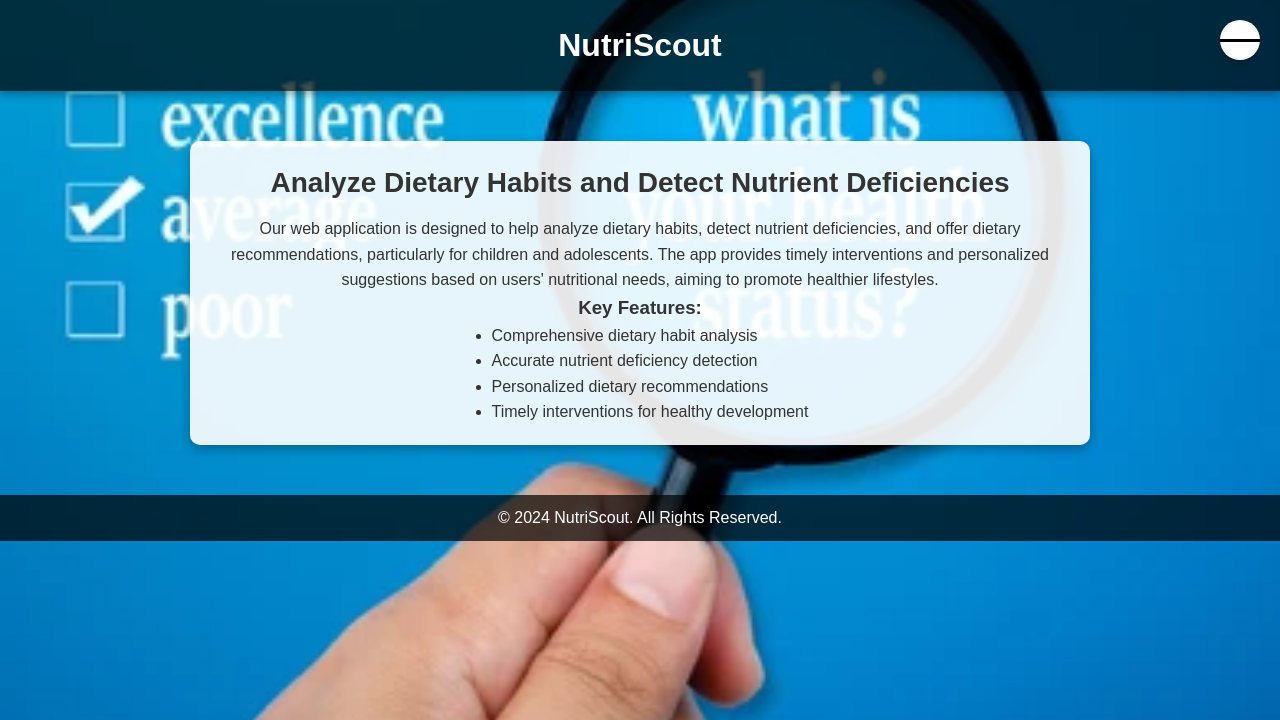
Repository: chaitanyasivathmika/NutrientDiet
Page: http://localhost/NutrientDiet/home.jsp
The author's editor kept a copy of each file at every save. The page is drawn from the files as they stood at one save, then again after the next save.
The browser window is 1280 px wide. The pictures show the whole page.
The page is served by Tomcat 10. Other server files are loaded and not shown.

Above is the page before, as saved 2024-11-17 04:15:48.

### NutrientDiet/src/main/webapp/home.jsp
<%@ page language="java" contentType="text/html; charset=UTF-8"
    pageEncoding="UTF-8"%>
<!DOCTYPE html>
<html lang="en">
<head>
    <meta charset="UTF-8">
    <meta name="viewport" content="width=device-width, initial-scale=1.0">
    <title>NutriScout</title>
    <style>
        /* General Styling */
        * {
            margin: 0;
            padding: 0;
            box-sizing: border-box;
        }

        body {
            font-family: 'Arial', sans-serif;
            background-image: url('images/healthStatus.webp'); /* Replace with your background image URL */
            background-size: cover;
            background-position: center;
            background-attachment: fixed;
            color: #333;
            line-height: 1.6;
        }

        /* Header */
        header {
            background-color: rgba(0, 0, 0, 0.7);
            color: white;
            padding: 20px 0;
            box-shadow: 0 4px 8px rgba(0, 0, 0, 0.3);
            text-align: center;
        }

        .logo h1 {
            font-size: 32px;
            font-weight: bold;
        }

        /* Hamburger Menu */
        .hamburger-menu {
            position: absolute;
            top: 20px;
            right: 20px;
            width: 40px;
            height: 40px;
            background-color: white;
            border-radius: 50%;
            display: flex;
            justify-content: center;
            align-items: center;
            cursor: pointer;
            box-shadow: 0 4px 6px rgba(0, 0, 0, 0.2);
        }

        .hamburger-menu div {
            width: 20px;
            height: 3px;
            background-color: black;
            margin: 3px 0;
        }

        /* Dropdown Menu */
        .dropdown {
            display: none;
            position: absolute;
            top: 80px;
            right: 20px;
            background-color: rgba(255, 255, 255, 0.9);
            border-radius: 10px;
            box-shadow: 0 4px 12px rgba(0, 0, 0, 0.2);
            padding: 10px;
            z-index: 1000;
        }

        .dropdown .menu {
            margin: 10px 0;
            cursor: pointer;
            font-weight: bold;
            padding: 10px;
            background-color: #0062cc;
            color: white;
            border-radius: 5px;
            text-align: center;
        }

        .dropdown .menu:hover {
            background-color: #0056b3;
        }

        .submenu {
            display: none;
            margin-top: 10px;
        }

        .submenu a {
            display: block;
            text-decoration: none;
            color: #333;
            margin: 5px 0;
            padding: 8px 12px;
            background-color: #f4f4f4;
            border-radius: 5px;
            text-align: center;
        }

        .submenu a:hover {
            background-color: #ddd;
        }

        /* Main Content */
        main {
            padding: 20px;
            max-width: 900px;
            margin: 50px auto;
            text-align: center;
            background-color: rgba(255, 255, 255, 0.9);
            box-shadow: 0 4px 12px rgba(0, 0, 0, 0.3);
            border-radius: 10px;
        }

        .intro h2 {
            font-size: 28px;
            color: #333;
            margin-bottom: 10px;
        }

        .features ul {
            list-style-type: disc;
            margin-left: 20px;
            text-align: left;
            display: inline-block;
        }

        footer {
            text-align: center;
            padding: 10px 0;
            background-color: rgba(0, 0, 0, 0.7);
            color: white;
            margin-top: 50px;
        }
    </style>
</head>
<body>
    <header>
        <div class="logo">
            <h1>NutriScout</h1>
        </div>
        <div class="hamburger-menu" onclick="toggleDropdown()">
            <div></div>
            <div></div>
            <div></div>
        </div>
        <div class="dropdown" id="dropdown-menu">
            <div class="menu" onclick="toggleSubMenu('user-menu')">User</div>
            <div class="submenu" id="user-menu">
                <a href="userlogin">User Login</a>
                <a href="userreg">User Signup</a>
            </div>
            <div class="menu" onclick="toggleSubMenu('admin-menu')">Admin</div>
            <div class="submenu" id="admin-menu">
                <a href="adminlogin">Admin Login</a>
            </div>
            <div class="menu" onclick="toggleSubMenu('nutrition-menu')">Nutrition</div>
            <div class="submenu" id="nutrition-menu">
                <a href="nulogin">Nutritionist Login</a>
                <a href="nusignup">Nutritionist Signup</a>
            </div>
        </div>
    </header>

    <main>
        <section class="intro">
            <h2>Analyze Dietary Habits and Detect Nutrient Deficiencies</h2>
            <p>
                Our web application is designed to help analyze dietary habits, detect nutrient deficiencies,
                and offer dietary recommendations, particularly for children and adolescents.
                The app provides timely interventions and personalized suggestions based on users' nutritional needs,
                aiming to promote healthier lifestyles.
            </p>
        </section>

        <section class="features">
            <h3>Key Features:</h3>
            <ul>
                <li>Comprehensive dietary habit analysis</li>
                <li>Accurate nutrient deficiency detection</li>
                <li>Personalized dietary recommendations</li>
                <li>Timely interventions for healthy development</li>
            </ul>
        </section>
    </main>

    <footer>
        <p>&copy; 2024 NutriScout. All Rights Reserved.</p>
    </footer>

    <script>
        function toggleDropdown() {
            const dropdown = document.getElementById('dropdown-menu');
            dropdown.style.display = dropdown.style.display === 'block' ? 'none' : 'block';
        }

        function toggleSubMenu(menuId) {
            const submenu = document.getElementById(menuId);
            submenu.style.display = submenu.style.display === 'block' ? 'none' : 'block';
        }
    </script>
</body>
</html>

After the next save:
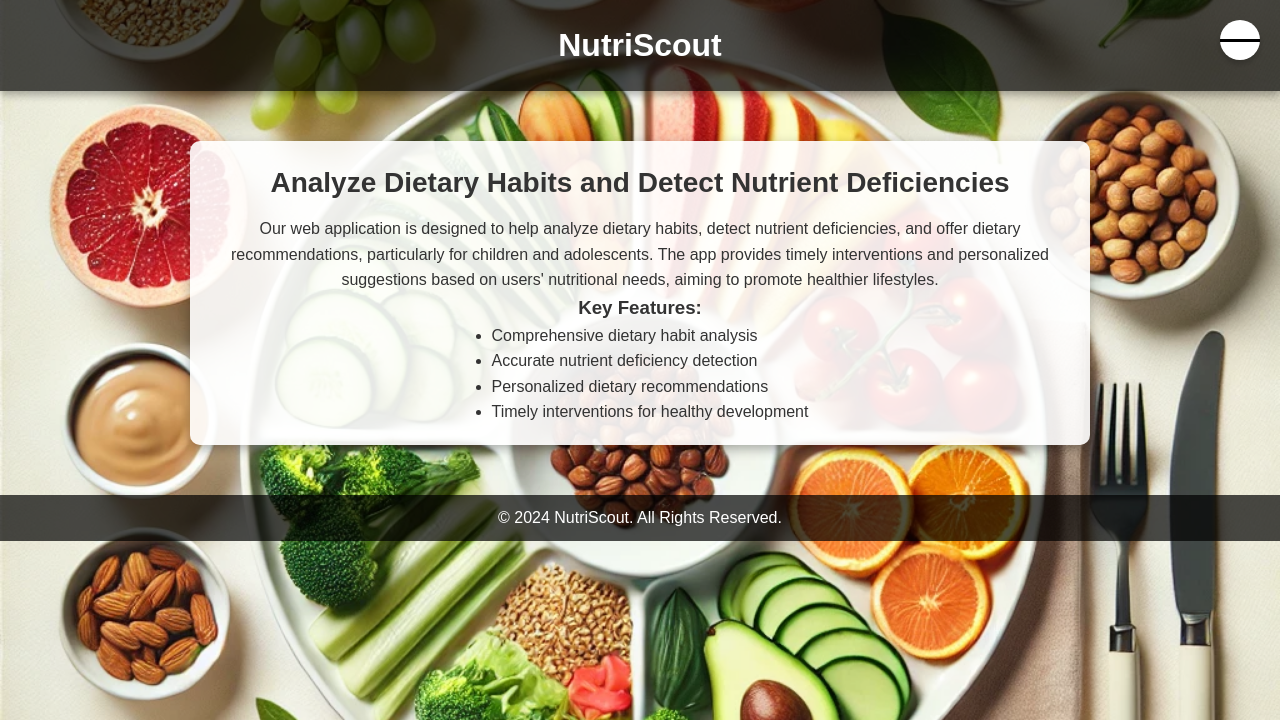
Saved 4 s later.
--- a/NutrientDiet/src/main/webapp/home.jsp
+++ b/NutrientDiet/src/main/webapp/home.jsp
@@ -16,7 +16,7 @@
 
         body {
             font-family: 'Arial', sans-serif;
-            background-image: url('images/healthStatus.webp'); /* Replace with your background image URL */
+            background-image: url('images/home.webp'); /* Replace with your background image URL */
             background-size: cover;
             background-position: center;
             background-attachment: fixed;
